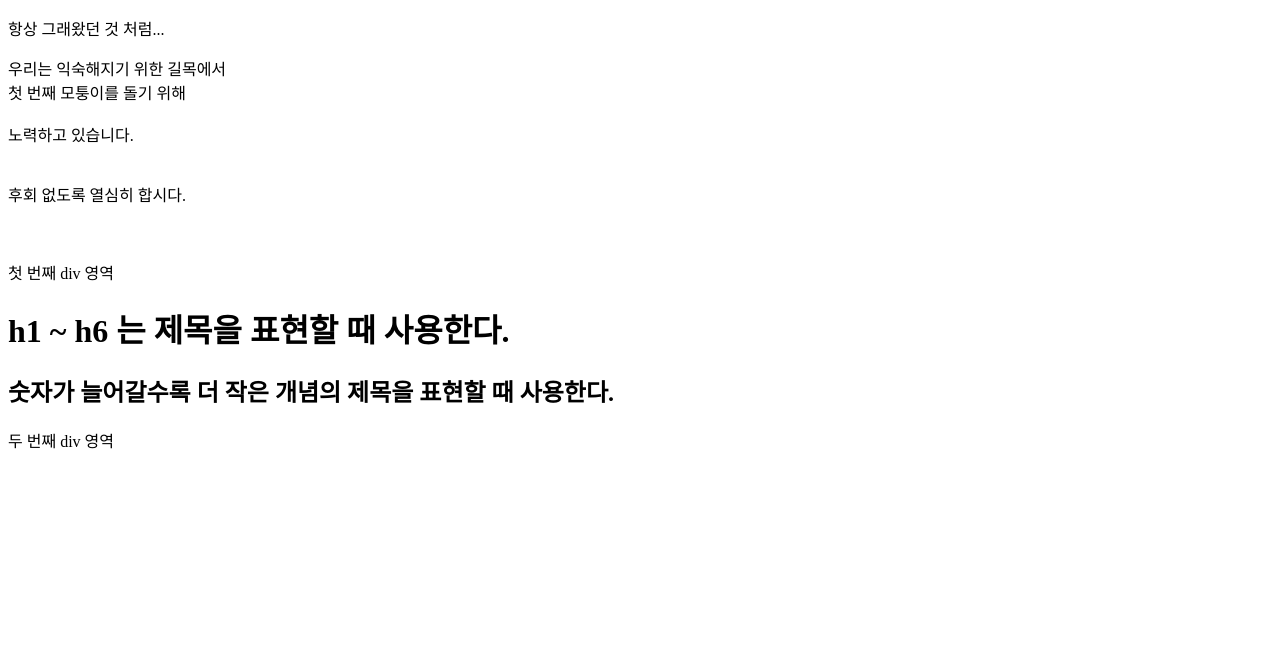
Repository: yhj4130/WebStudy
Page: WebApp01/WebContent/Test001.html
An editor plug-in stored every save of this project. The page is shown before and after the next save, followed by the edit.
The browser window is 1280 px wide. The pictures show the whole page.

Above is the page before, as saved 2019-04-29 07:08:16.

After the next save:
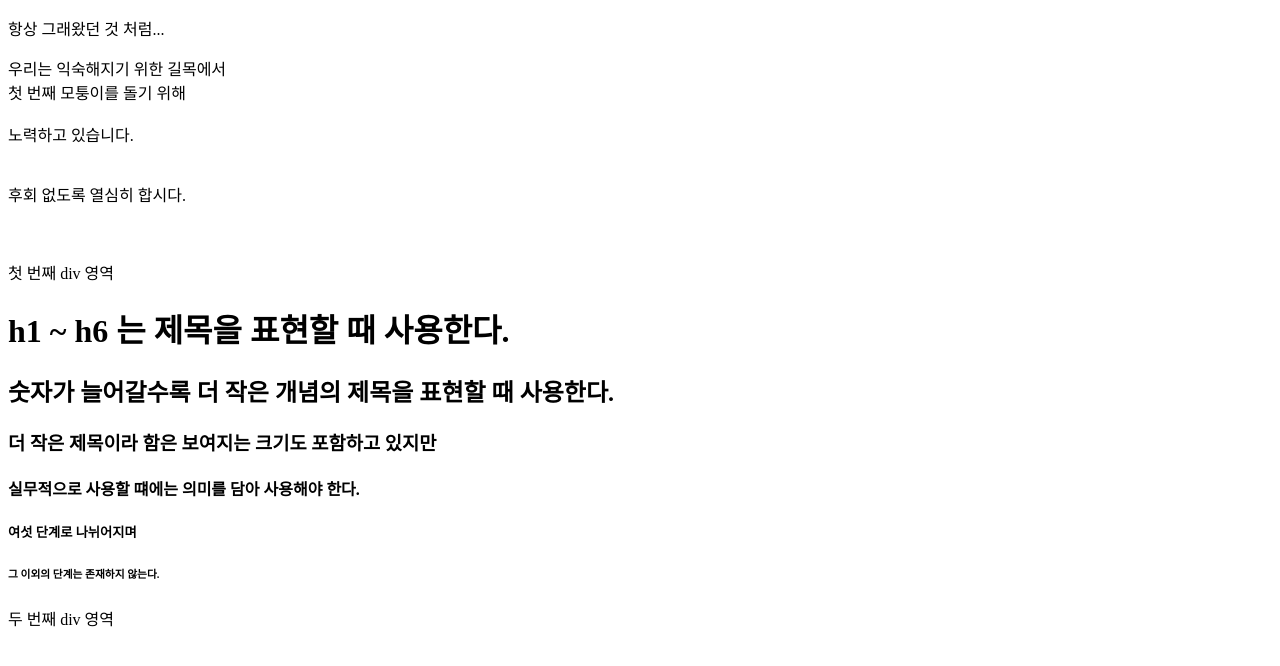
Saved 48 s later.
--- a/WebApp01/WebContent/Test001.html
+++ b/WebApp01/WebContent/Test001.html
@@ -20,6 +20,10 @@
 	첫 번째 div 영역<br>
 	<h1>h1 ~ h6 는 제목을 표현할 때 사용한다.</h1>
 	<h2>숫자가 늘어갈수록 더 작은 개념의 제목을 표현할 때 사용한다.</h2>
+	<h3>더 작은 제목이라 함은 보여지는 크기도 포함하고 있지만</h3>
+	<h4>실무적으로 사용할 떄에는 의미를 담아 사용해야 한다.</h4>
+	<h5>여섯 단계로 나뉘어지며</h5>
+	<h6>그 이외의 단계는 존재하지 않는다.</h6>
 </div>
 <div>
 	두 번째 div 영역<br>
